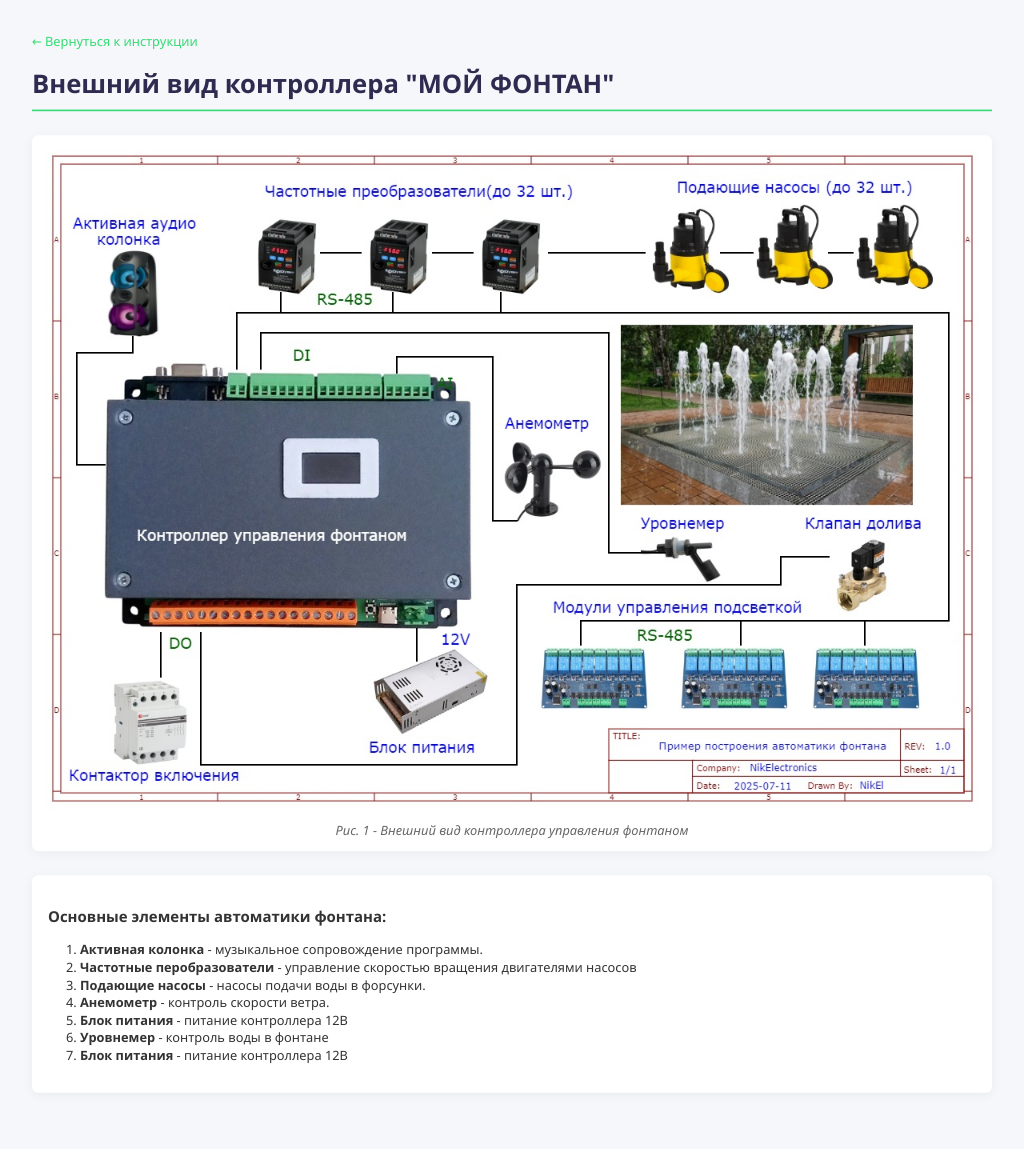
Repository: NikElectronics/fountain_manual
Page: controller.html
The author's editor kept a copy of each file at every save. The page is drawn from the files as they stood at one save, then again after the next save.
The browser window is 1280 px wide. The pictures show the whole page, at 80% of full size.

Above is the page before, as saved 2025-07-14 04:20:06.

### controller.html
<!DOCTYPE html>
<html lang="ru">

<head>
    <meta charset="UTF-8">
    <meta name="viewport" content="width=device-width, initial-scale=1.0">
    <title>Изображение контроллера - My Fountain</title>
    <style>
        :root {
            --primary-color: #2d2c50;
            --secondary-color: #34db74;
            --light-gray: #f5f7fa;
            --white: #ffffff;
        }

        body {
            font-family: 'Segoe UI', Tahoma, Geneva, Verdana, sans-serif;
            margin: 0;
            padding: 0;
            background-color: var(--light-gray);
            color: #333;
        }

        .container {
            max-width: 1200px;
            margin: 0 auto;
            padding: 40px;
        }

        h1 {
            color: var(--primary-color);
            border-bottom: 2px solid var(--secondary-color);
            padding-bottom: 12px;
            margin-top: 0;
        }

        .back-link {
            display: inline-block;
            margin-bottom: 20px;
            color: var(--secondary-color);
            text-decoration: none;
            font-weight: 500;
        }

        .back-link:hover {
            text-decoration: underline;
        }

        .screenshot-container {
            text-align: center;
            margin: 30px 0;
            padding: 15px;
            background: var(--white);
            border-radius: 8px;
            box-shadow: 0 3px 15px rgba(0, 0, 0, 0.05);
        }

        .screenshot {
            max-width: 100%;
            height: auto;
            border-radius: 6px;
        }

        .caption {
            font-style: italic;
            color: #666;
            margin-top: 10px;
        }

        .description {
            background: var(--white);
            padding: 20px;
            border-radius: 8px;
            margin: 30px 0;
            box-shadow: 0 3px 15px rgba(0, 0, 0, 0.05);
        }
    </style>
</head>

<body>
    <div class="container">
        <a href="index.html" class="back-link">← Вернуться к инструкции</a>

        <h1>Внешний вид контроллера "МОЙ ФОНТАН"</h1>

        <div class="screenshot-container">
            <img src="screenshots/controller_image.jpg" alt="Изображение контроллера" class="screenshot">
            <div class="caption">Рис. 1 - Внешний вид контроллера управления фонтаном</div>
        </div>

        <div class="description">
            <h3>Основные элементы автоматики фонтана:</h3>
            <ol>
                <li><strong>Активная колонка</strong> - музыкальное сопровождение программы.</li>
                <li><strong>Частотные перобразователи</strong> - управление скоростью вращения двигателями насосов</li>
                <li><strong>Подающие насосы</strong> - насосы подачи воды в форсунки.</li>
                <li><strong>Анемометр</strong> - контроль скорости ветра.</li>
                <li><strong>Блок питания</strong> - питание контроллера 12В</li>
                <li><strong>Уровнемер</strong> - контроль воды в фонтане</li>
                <li><strong>Блок питания</strong> - питание контроллера 12В</li>
            </ol>
        </div>
    </div>
</body>

</html>

After the next save:
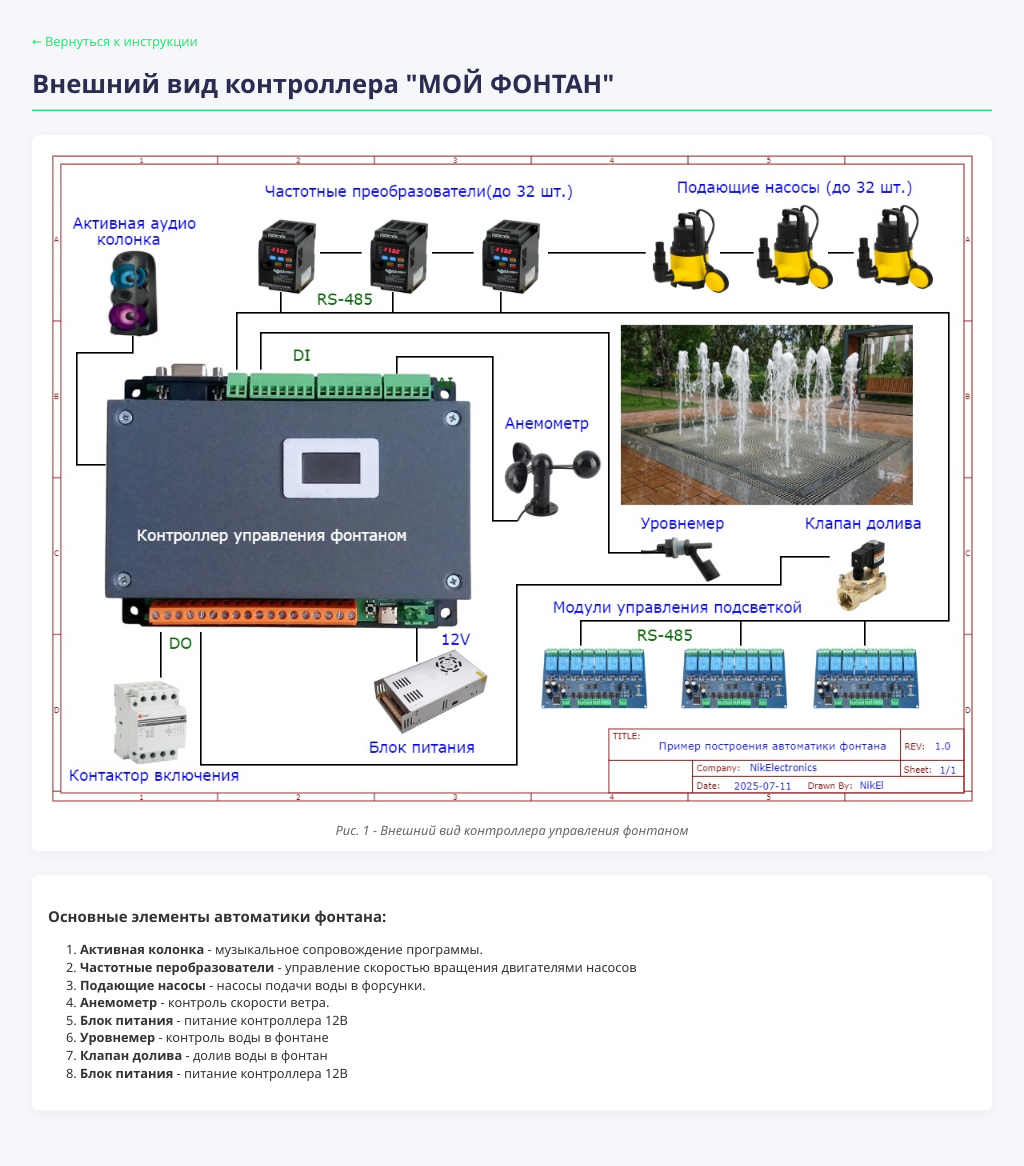
Saved 35 s later.
--- a/controller.html
+++ b/controller.html
@@ -97,6 +97,7 @@
                 <li><strong>Анемометр</strong> - контроль скорости ветра.</li>
                 <li><strong>Блок питания</strong> - питание контроллера 12В</li>
                 <li><strong>Уровнемер</strong> - контроль воды в фонтане</li>
+                <li><strong>Клапан долива</strong> - долив воды в фонтан</li>
                 <li><strong>Блок питания</strong> - питание контроллера 12В</li>
             </ol>
         </div>
